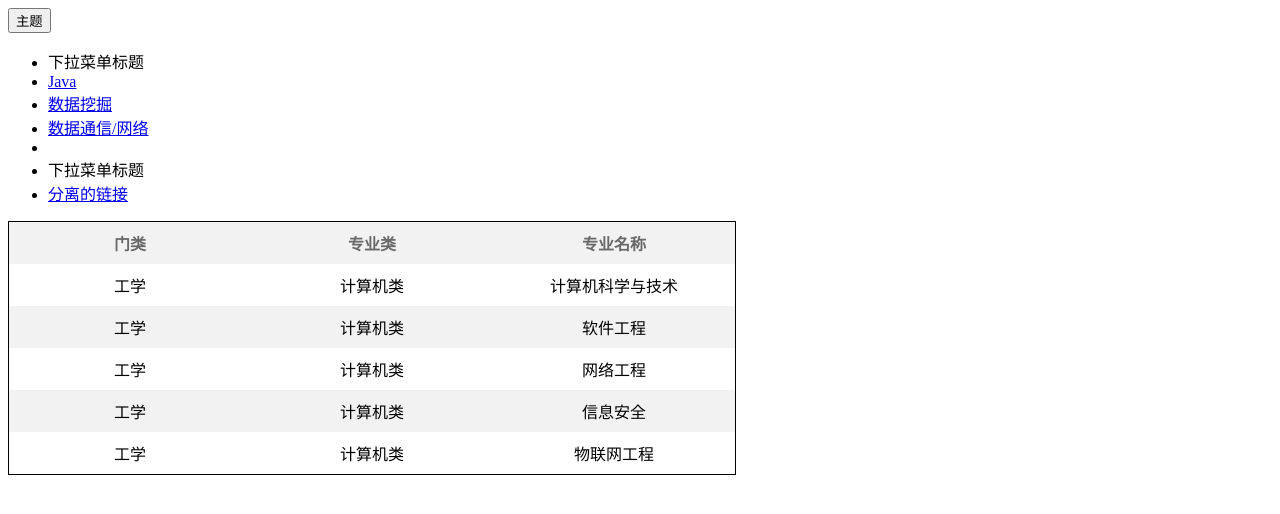
Repository: akaCSDN/test
Page: 2.1.1关注专业.html
These files come from the project's save history. The page is drawn as it stood at one moment and after a run of saves; the edit follows.
The browser window is 1280 px wide. The pictures show the whole page.
Some web libraries are served in a nearby version.

Above is the page before, as saved 2022-12-03 22:44:35.

### 2.1.1关注专业.html
<!DOCTYPE html>
<html lang="en">
<head>
    <meta charset="UTF-8">
    <meta http-equiv="X-UA-Compatible" content="IE=edge">
    <meta name="viewport" content="width=device-width, initial-scale=1.0">
    <title>Document</title>
    <script src="https://cdn.staticfile.org/jquery/2.1.1/jquery.min.js"></script>
	<script src="https://cdn.staticfile.org/twitter-bootstrap/3.3.7/js/bootstrap.min.js"></script>
    <style type="text/css">
        table{
            border: 1px solid black;
        }
        table th,td{
            /* border: 1px solid black; */
            width: 240px;
            height: 40px;
            text-align: center;
        }
        table tr:nth-child(odd){
            background-color: rgba(167, 167, 167, 0.147);
        }


    </style>
</head>
<body>
    <div class="dropdown">
        <button type="button" class="btn dropdown-toggle" id="dropdownMenu1"
                data-toggle="dropdown">
            主题
            <span class="caret"></span>
        </button>
        <ul class="dropdown-menu" role="menu" aria-labelledby="dropdownMenu1">
            <li role="presentation" class="dropdown-header">下拉菜单标题</li>
            <li role="presentation" >
                <a role="menuitem" tabindex="-1" href="#">Java</a>
            </li>
            <li role="presentation">
                <a role="menuitem" tabindex="-1" href="#">数据挖掘</a>
            </li>
            <li role="presentation">
                <a role="menuitem" tabindex="-1" href="#">
                    数据通信/网络
                </a>
            </li>
            <li role="presentation" class="divider"></li>
            <li role="presentation" class="dropdown-header">下拉菜单标题</li>
            <li role="presentation">
                <a role="menuitem" tabindex="-1" href="#">分离的链接</a>
            </li>
        </ul>
    </div>

    <table cellspacing="0" id="table_All">
        <tr style="color: rgb(105, 105, 105);">
            <th>门类</th>
            <th>专业类</th>
            <th>专业名称</th>
        </tr>
        <tr>
            <td>工学</td>
            <td>计算机类</td>
            <td>计算机科学与技术</td>
        </tr>
        <tr>
            <td>工学</td>
            <td>计算机类</td>
            <td>软件工程</td>
        </tr>
        <tr>
            <td>工学</td>
            <td>计算机类</td>
            <td>网络工程</td>
        </tr>
        <tr>
            <td>工学</td>
            <td>计算机类</td>
            <td>信息安全</td>
        </tr>
        <tr>
            <td>工学</td>
            <td>计算机类</td>
            <td>物联网工程</td>
        </tr>



    </table>
</body>
</html>

After the next 5 saves:
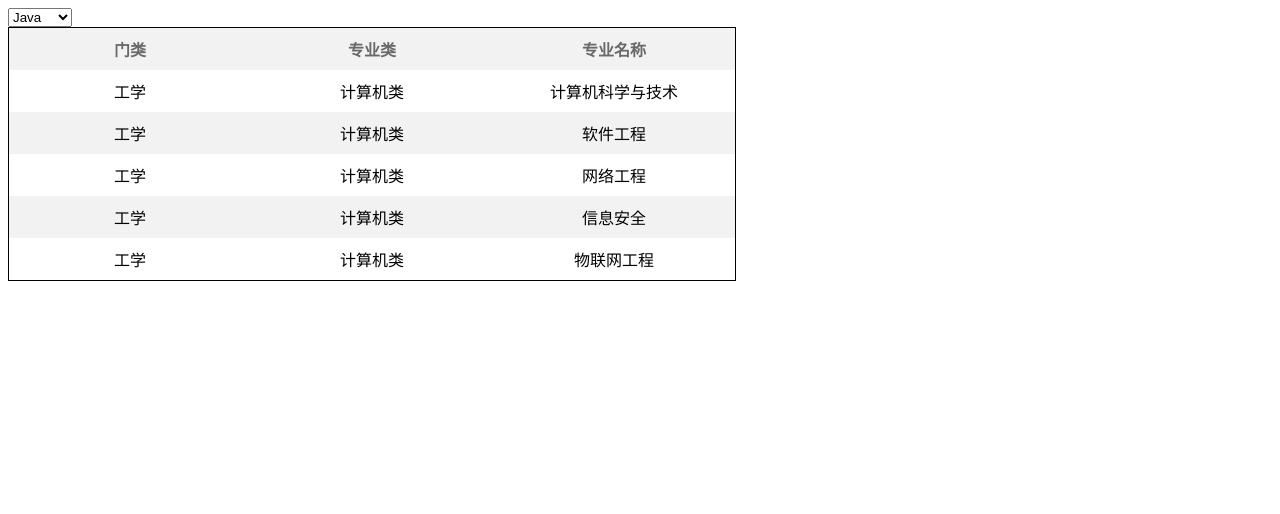
The 5 saves are shown as one change because they came seconds apart.
The last was saved 2 min 9 s later.
--- a/2.1.1关注专业.html
+++ b/2.1.1关注专业.html
@@ -5,8 +5,6 @@
     <meta http-equiv="X-UA-Compatible" content="IE=edge">
     <meta name="viewport" content="width=device-width, initial-scale=1.0">
     <title>Document</title>
-    <script src="https://cdn.staticfile.org/jquery/2.1.1/jquery.min.js"></script>
-	<script src="https://cdn.staticfile.org/twitter-bootstrap/3.3.7/js/bootstrap.min.js"></script>
     <style type="text/css">
         table{
             border: 1px solid black;
@@ -25,32 +23,13 @@
     </style>
 </head>
 <body>
-    <div class="dropdown">
-        <button type="button" class="btn dropdown-toggle" id="dropdownMenu1"
-                data-toggle="dropdown">
-            主题
-            <span class="caret"></span>
-        </button>
-        <ul class="dropdown-menu" role="menu" aria-labelledby="dropdownMenu1">
-            <li role="presentation" class="dropdown-header">下拉菜单标题</li>
-            <li role="presentation" >
-                <a role="menuitem" tabindex="-1" href="#">Java</a>
-            </li>
-            <li role="presentation">
-                <a role="menuitem" tabindex="-1" href="#">数据挖掘</a>
-            </li>
-            <li role="presentation">
-                <a role="menuitem" tabindex="-1" href="#">
-                    数据通信/网络
-                </a>
-            </li>
-            <li role="presentation" class="divider"></li>
-            <li role="presentation" class="dropdown-header">下拉菜单标题</li>
-            <li role="presentation">
-                <a role="menuitem" tabindex="-1" href="#">分离的链接</a>
-            </li>
-        </ul>
-    </div>
+    <select name="downlist">
+        <option>Java</option>
+        <option>Python</option>
+        <option>PHP</option>
+        <option>GO</option>
+        <option>c++</option>
+    </select>
 
     <table cellspacing="0" id="table_All">
         <tr style="color: rgb(105, 105, 105);">
